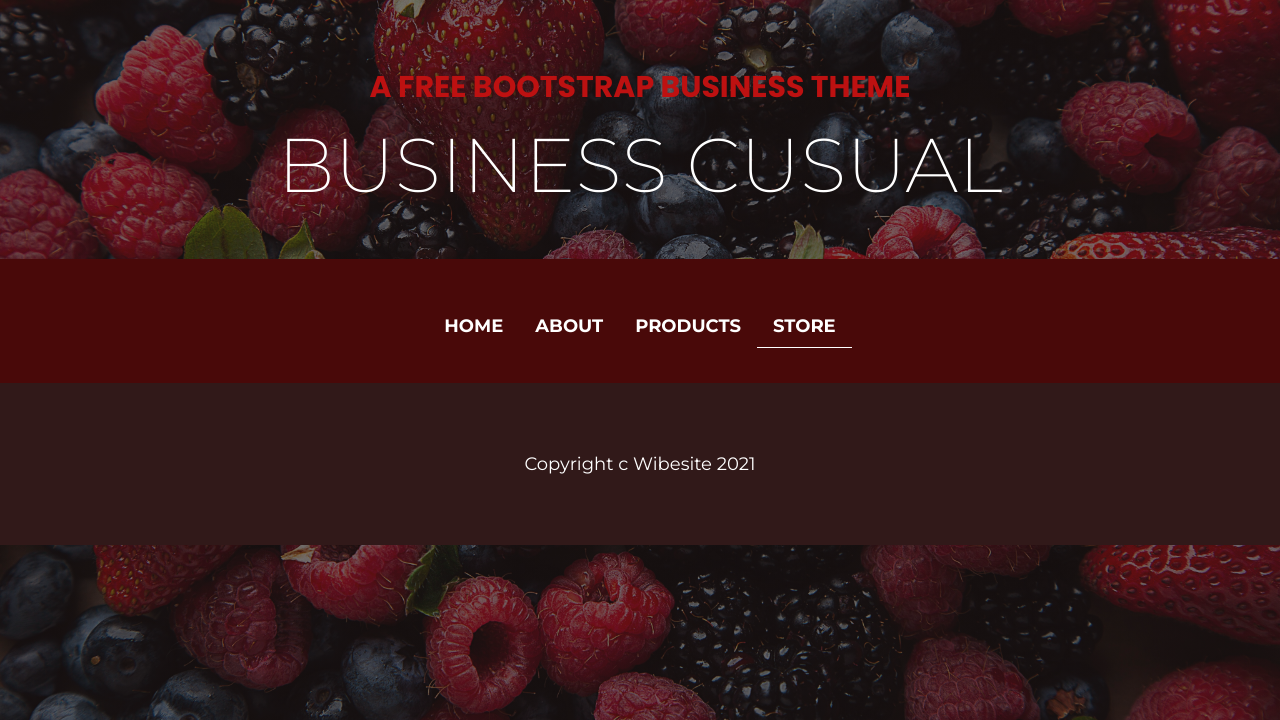
Repository: wadelfadill/tache_7_Business_bootstrap_theme
Page: store.html
An editor plug-in stored every save of this project. The page is shown before and after the next save, followed by the edit.
The browser window is 1280 px wide. The pictures show the whole page.
Backgrounds fixed to the window are drawn as part of the page.

Above is the page before, as saved 2023-04-28 21:44:28.

### store.html
<!DOCTYPE html>
<html lang="en">
<head>
    <meta charset="UTF-8">
    <meta http-equiv="X-UA-Compatible" content="IE=edge">
    <meta name="viewport" content="width=device-width, initial-scale=1.0">
    <!------ title of website ------>
    <title>Business website</title>
    <!------ Bootstrap cdn link ------>
    <link href="https://cdn.jsdelivr.net/npm/bootstrap@5.1.3/dist/css/bootstrap.min.css" rel="stylesheet" integrity="sha384-1BmE4kWBq78iYhFldvKuhfTAU6auU8tT94WrHftjDbrCEXSU1oBoqyl2QvZ6jIW3" crossorigin="anonymous">
    <!------- css link -------------->
    <link rel="stylesheet" href="css/style.css">
    <link rel="stylesheet" href="css/store_style.css">
    <!---------Google Fonts links ---------->
    <link rel="preconnect" href="https://fonts.googleapis.com">
    <link rel="preconnect" href="https://fonts.gstatic.com" crossorigin>
    <link href="https://fonts.googleapis.com/css2?family=Montserrat:wght@100;200;400;700&family=Poppins:wght@700&display=swap" rel="stylesheet">

</head>
<body>
    <!-- ========== Start Header Section ========== -->
    <header id="header">
        <h2 class="first_title text-center">A FREE BOOTSTRAP BUSINESS THEME</h2>
        <h1 class="second_title text-center">BUSINESS CUSUAL</h1>
        <!-- ========== Start navbar  Section ========== -->
        <nav class="my-auto mt-5">
            <div class="container my-auto">
                <ul class="nav justify-content-center">
                    <li class="nav-item">
                      <a class="nav-link" aria-current="page" href="index.html">HOME</a>
                    </li>
                    <li class="nav-item">
                      <a class="nav-link" href="about.html">ABOUT</a>
                    </li>
                    <li class="nav-item">
                      <a class="nav-link" href="product.html">PRODUCTS</a>
                    </li>
                    <li class="nav-item">
                      <a class="nav-link active" href="store.html">STORE</a>
                    </li>
                </ul>
            </div>
        </nav>
        <!-- ========== End navbar  Section ========== -->
    </header>
    <!-- ========== End Header Section ========== -->
    <!-- ========== Start Main Section ========== -->
    <main>
      <!-- ========== Start First Section ========== -->
      <section id="first_section">

      </section>
      <!-- ========== End First Section ========== -->
    </main>
    <!-- ========== End Main Section ========== -->
    <footer id="footer">
        <p class="text-center">Copyright c Wibesite 2021</p>
    </footer>



    <!------ Bootstrap script -------->
    <script src="https://cdn.jsdelivr.net/npm/bootstrap@5.1.3/dist/js/bootstrap.bundle.min.js" integrity="sha384-ka7Sk0Gln4gmtz2MlQnikT1wXgYsOg+OMhuP+IlRH9sENBO0LRn5q+8nbTov4+1p" crossorigin="anonymous"></script>
</body>
</html>

### css/style.css
/* ===== General ====== */

:root{
    --red-color: #BD1111;
    --bg-red:#490909;
    --white-color: #FFFFFF;
    --black-color: #000000;
    --bg-beize:#F6E1C5;
    --bg-red-black: #311919;
    --bg-red-opac:rgba(165, 52, 43, 0.69);
    --red-border: #CD5449;
}
*{
    margin: 0;
    padding: 0;
}
body{
    padding: 0;
    margin: 0;
    background-image: linear-gradient(rgba(34, 24, 24, 0.6), rgba(34, 24, 24, 0.6)), url("../images/1.jpeg");
    background-position: center;
    background-size: cover;
    background-repeat: no-repeat;
    background-attachment: fixed;
}
/* ===== squelette ====== */
/* ===== header section ====== */
/* ===== header titles ======= */
#header .first_title{
    font-family: 'Poppins';
    font-style: normal;
    font-weight: 700;
    font-size: 30px;
    line-height: 45px;
    color: var(--red-color);
    margin-top: 65px;
}
#header .second_title{
    font-family: 'Montserrat';
    font-style: normal;
    font-weight: 200;
    font-size: 76px;
    line-height: 93px;
    color: var(--white-color);
}
/* ====== header navbar ======*/
#header nav{
    background: var(--bg-red);
    height: 124px;
}
#header nav ul li{
    margin-top: 48px;
}
#header nav a{
    font-family: 'Montserrat';
    font-style: normal;
    font-weight: 700;
    font-size: 18px;
    line-height: 22px;
    color: var(--white-color);
}
#header nav a.active{
    padding-bottom: 10px;
    border-bottom: 1px solid white;
}
/* ==== Main section ==========*/
/* main{
    height: 1000px;
} */
/* ====== footer section ====== */
#footer{
    height: 162px;
    background: var(--bg-red-black);
    padding-top: 70px;
}
#footer p{
    font-family: 'Montserrat';
    font-style: normal;
    font-weight: 400;
    font-size: 18px;
    line-height: 22px;
    color: var(--white-color);
}


/* ===== responsive css ======*/
@media screen and (max-width:550px) {
    #header .second_title{
        font-size: 30px;
    }
    #header nav{
        height: max-content;
        padding-bottom: 40px;
    }
}

### css/store_style.css
/* ===== General ====== */

:root{
    --red-color: #BD1111;
    --bg-red:#490909;
    --white-color: #FFFFFF;
    --black-color: #000000;
    --bg-beize:#F6E1C5;
    --bg-red-black: #311919;
    --bg-red-opac:rgba(165, 52, 43, 0.69);
    --red-border: #CD5449;
}

After the next save:
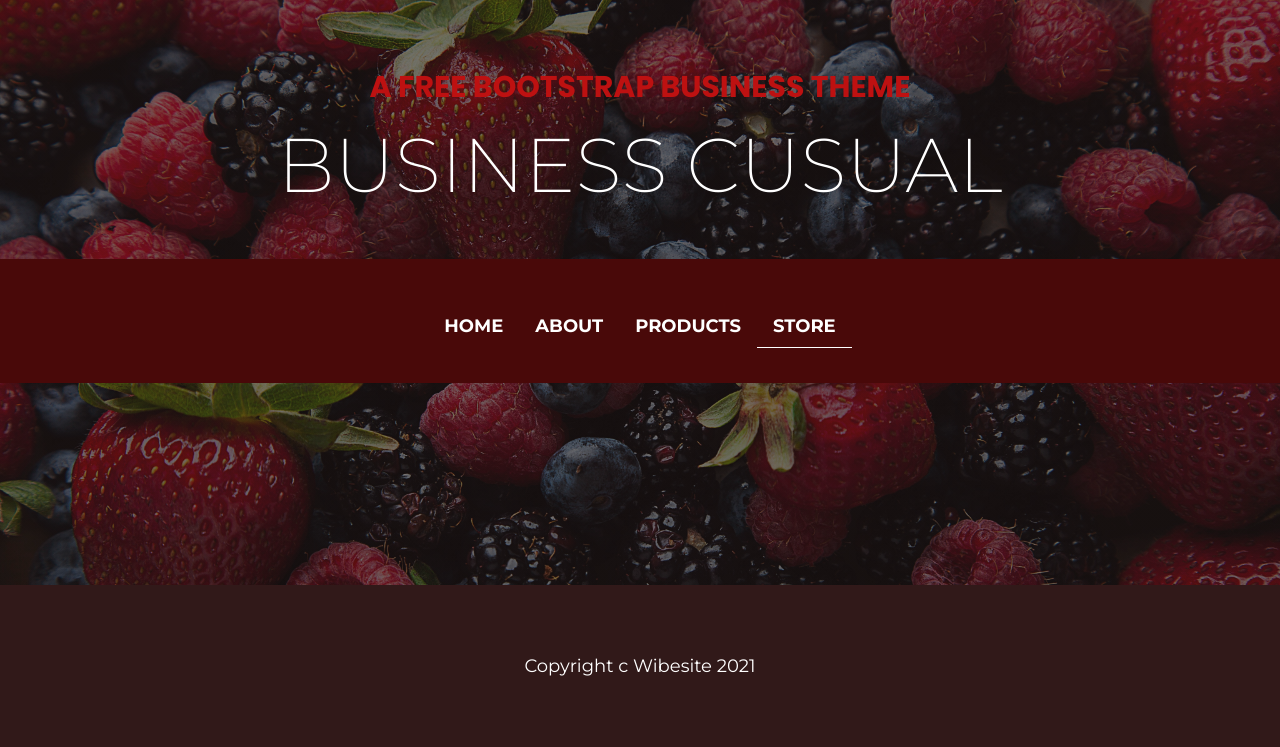
Saved 54 s later.
--- a/css/store_style.css
+++ b/css/store_style.css
@@ -10,3 +10,10 @@
     --bg-red-opac:rgba(165, 52, 43, 0.69);
     --red-border: #CD5449;
 }
+
+/* ==== first section ==== */
+#first_section{
+    margin-top: 202px;
+    margin-bottom: 202px;
+    width: 100%;
+}
